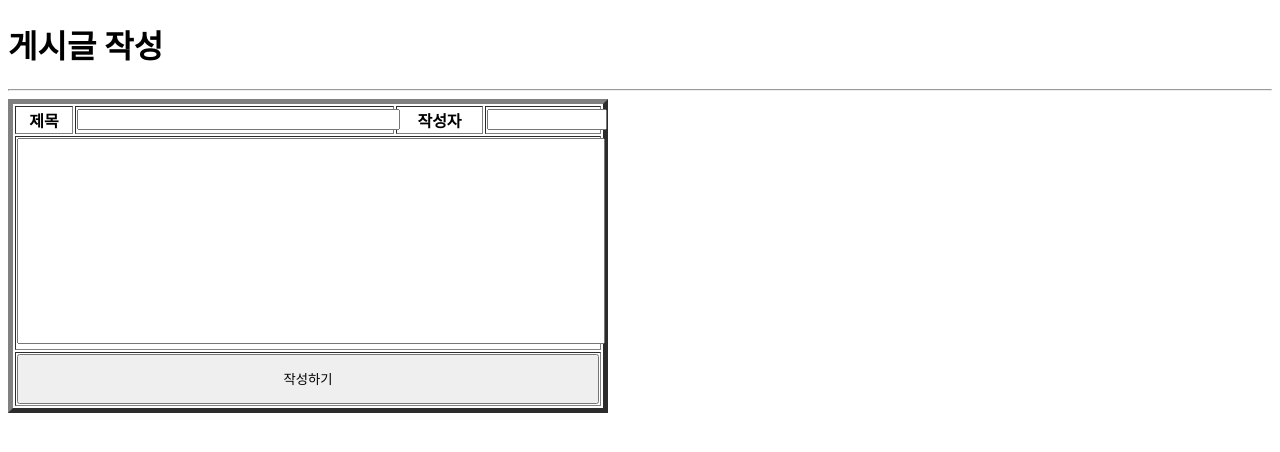
Repository: bbookk1104/spring-workspace
Page: http://localhost/02_SpringMVC_CRUD/boardWriteFrm.do
The author's editor kept a copy of each file at every save. The page is drawn from the files as they stood at one save, then again after the next save.
The browser window is 1280 px wide. The pictures show the whole page.
The page is served by Tomcat 9.

Above is the page before, as saved 2022-10-04 05:31:01.

After the next save:
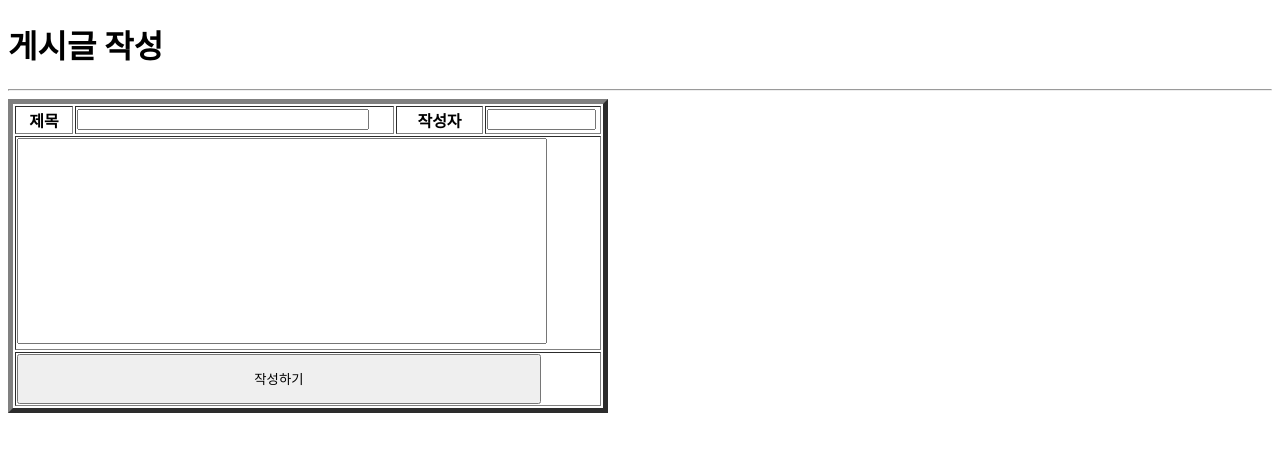
Saved 19 s later.
--- a/02_SpringMVC_CRUD/src/main/webapp/WEB-INF/views/board/boardWriteFrm.jsp
+++ b/02_SpringMVC_CRUD/src/main/webapp/WEB-INF/views/board/boardWriteFrm.jsp
@@ -14,21 +14,21 @@
 			<tr>
 				<th style="width:10%">제목</th>
 				<td style="width:55%">
-					<input type="text" name="boardTitle" style="width:100%">
+					<input type="text" name="boardTitle" style="width:90%">
 				</td>
 				<th style="width:15%">작성자</th>
 				<td style="width:20%">
-					<input type="text" name="boardWriter" value="${memberId }" style="width:100%" readonly>
+					<input type="text" name="boardWriter" value="${memberId }" style="width:90%" readonly>
 				</td>
 			</tr>
 			<tr>
 				<td colspan="4">
-					<textarea name="boardContent" style="width:100%; resize:none; height:200px"></textarea>
+					<textarea name="boardContent" style="width:90%; resize:none; height:200px"></textarea>
 				</td>
 			</tr>
 			<tr>
 				<td colspan="4">
-					<input type="submit" value="작성하기" style="width:100%; height:50px">
+					<input type="submit" value="작성하기" style="width:90%; height:50px">
 				</td>
 			</tr>
 		</table>
